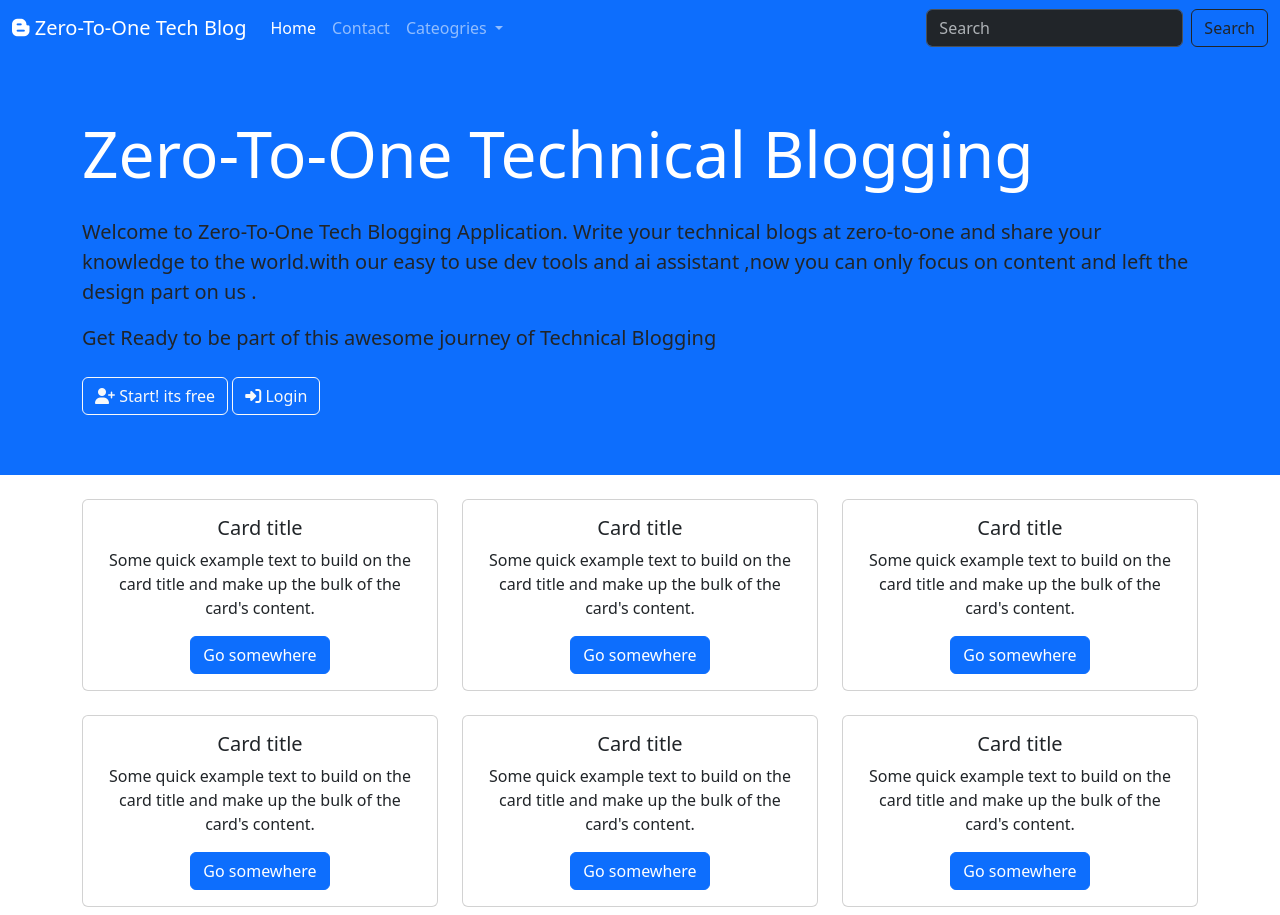
Repository: Gaurav560/PROJECT-ZeroToOne-TechBlog
Page: http://localhost/ZeroToOne/
An editor plug-in stored every save of this project. The page is shown before and after the next save, followed by the edit.
The browser window is 1280 px wide. The pictures show the whole page.
Some web libraries are served in a nearby version. The page is served by Tomcat 9.

Above is the page before, as saved 2023-04-29 08:01:48.

After the next save:
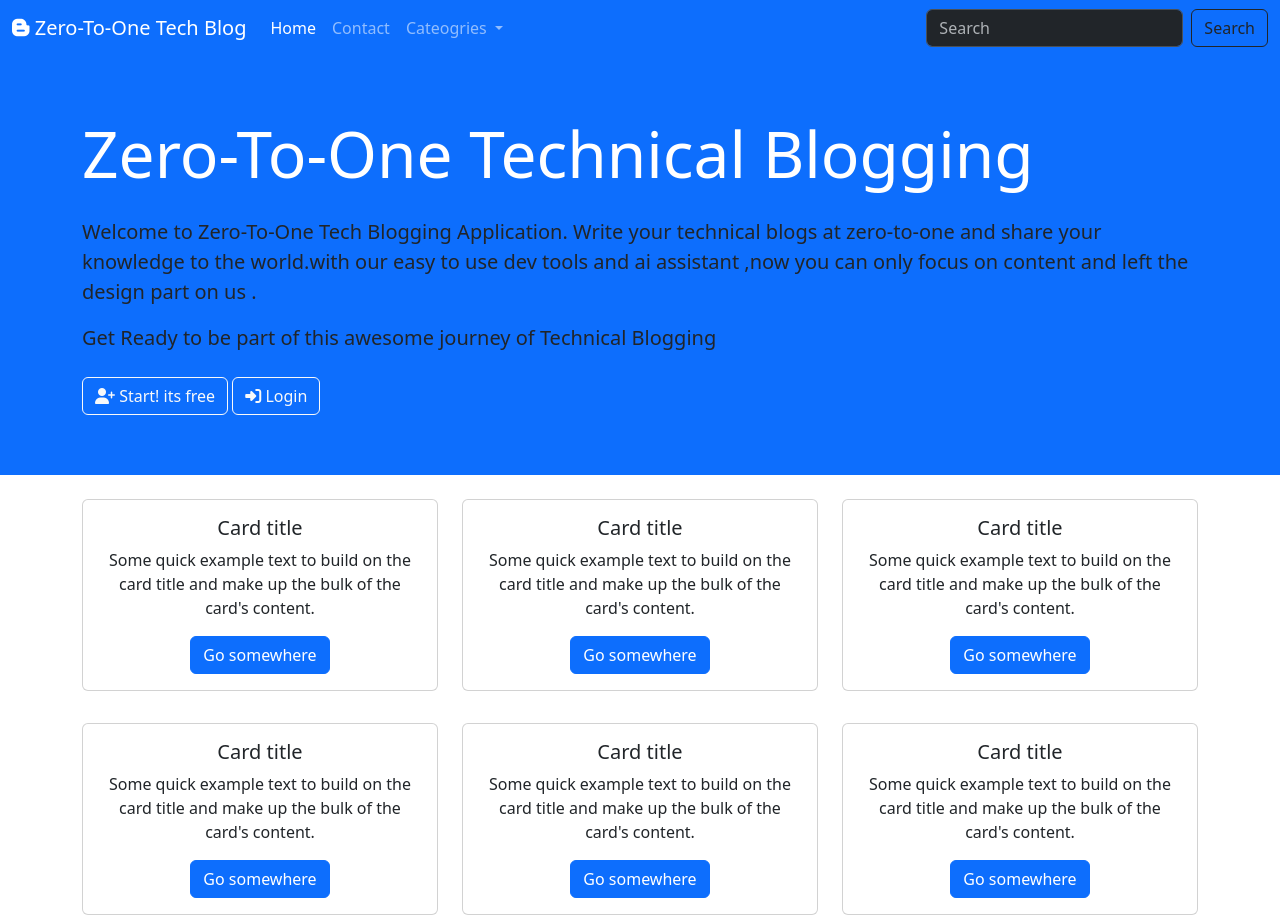
Saved 48 s later.
--- a/ZeroToOne/src/main/webapp/index.jsp
+++ b/ZeroToOne/src/main/webapp/index.jsp
@@ -54,7 +54,7 @@
 <!--1st row starts here  -->
 <div class="row">
 
-<div class="col-md-4">
+<div class="col-md-4 mb-2">
 
 
 <div class="card text-center">
@@ -67,7 +67,7 @@
 </div>
 
 </div>
-<div class="col-md-4">
+<div class="col-md-4 mb-2">
 
 
 <div class="card text-center">
@@ -79,7 +79,7 @@
   </div>
 </div>
 
-</div><div class="col-md-4">
+</div><div class="col-md-4 mb-2">
 
 
 <div class="card text-center">
@@ -114,7 +114,7 @@
 </div>
 
 </div>
-<div class="col-md-4">
+<div class="col-md-4 mb-2">
 
 
 <div class="card text-center">
@@ -126,7 +126,7 @@
   </div>
 </div>
 
-</div><div class="col-md-4">
+</div><div class="col-md-4 mb-2">
 
 
 <div class="card text-center">
